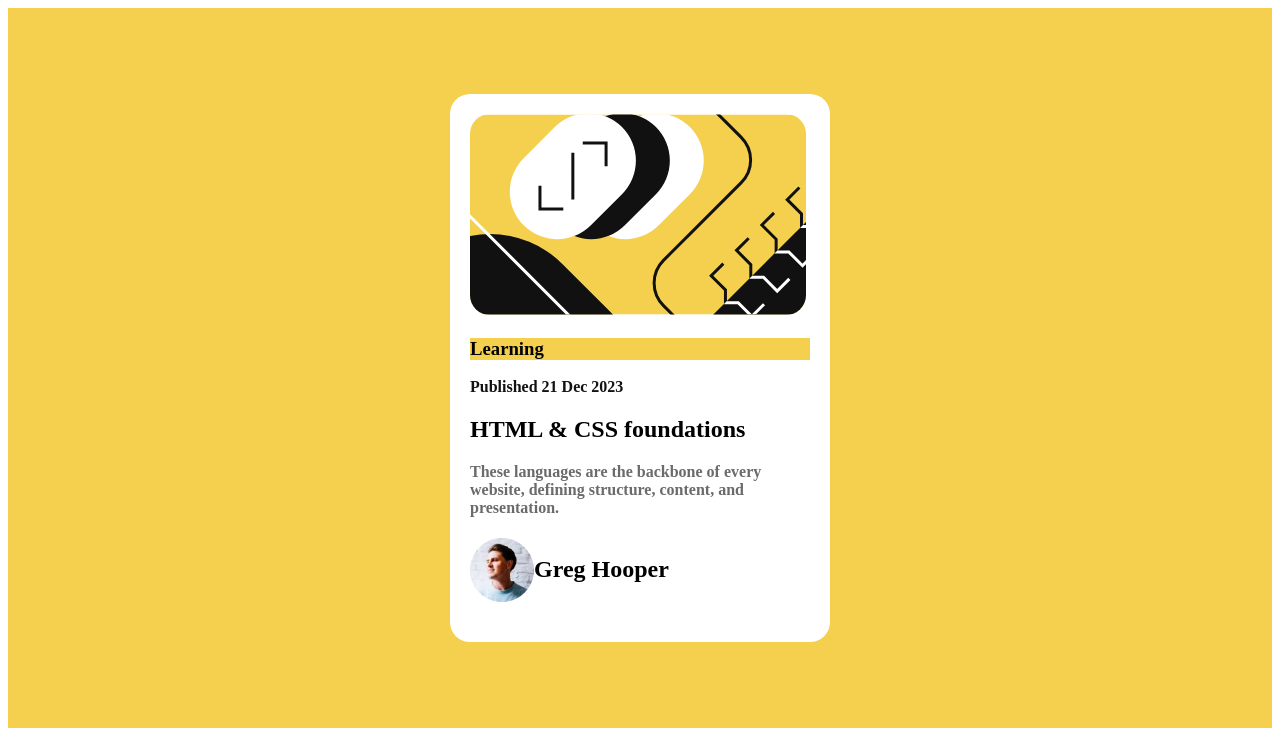
Repository: reemoon-ctrl/blog-preview-card
Page: index.html
An editor plug-in stored every save of this project. The page is shown before and after a run of saves, followed by the edit.
The browser window is 1280 px wide. The pictures show the whole page.

Above is the page before, as saved 2024-07-19 14:38:18.

After the next 2 saves:
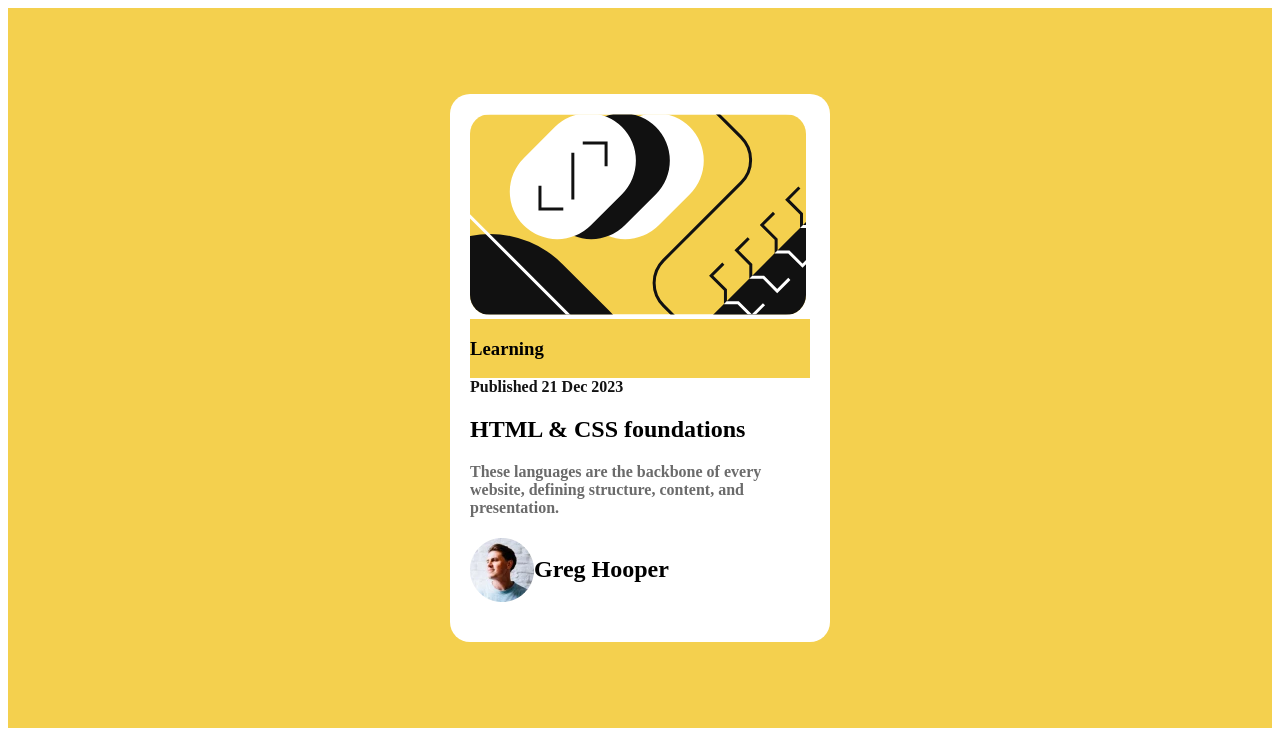
The 2 saves are shown as one change because they came seconds apart.
The last was saved 26 s later.
--- a/index.html
+++ b/index.html
@@ -10,7 +10,7 @@
         <article class="blog-card-article">
             <div class="blog-card">
                 <img class="blog-img"src="img\illustration-article.svg" alt="illustration-article" />
-                <div><h3 class="blog-category">Learning</h3></div>
+                <div class="blog-category"><h3 >Learning</h3></div>
                 <b class="blog-date">Published 21 Dec 2023</b>
                 <h1 class="blog-title">HTML & CSS foundations</h1>
                 <b class="blog-discrip">These languages are the backbone of every website, defining structure, content, and presentation.</b>

After the save that followed:
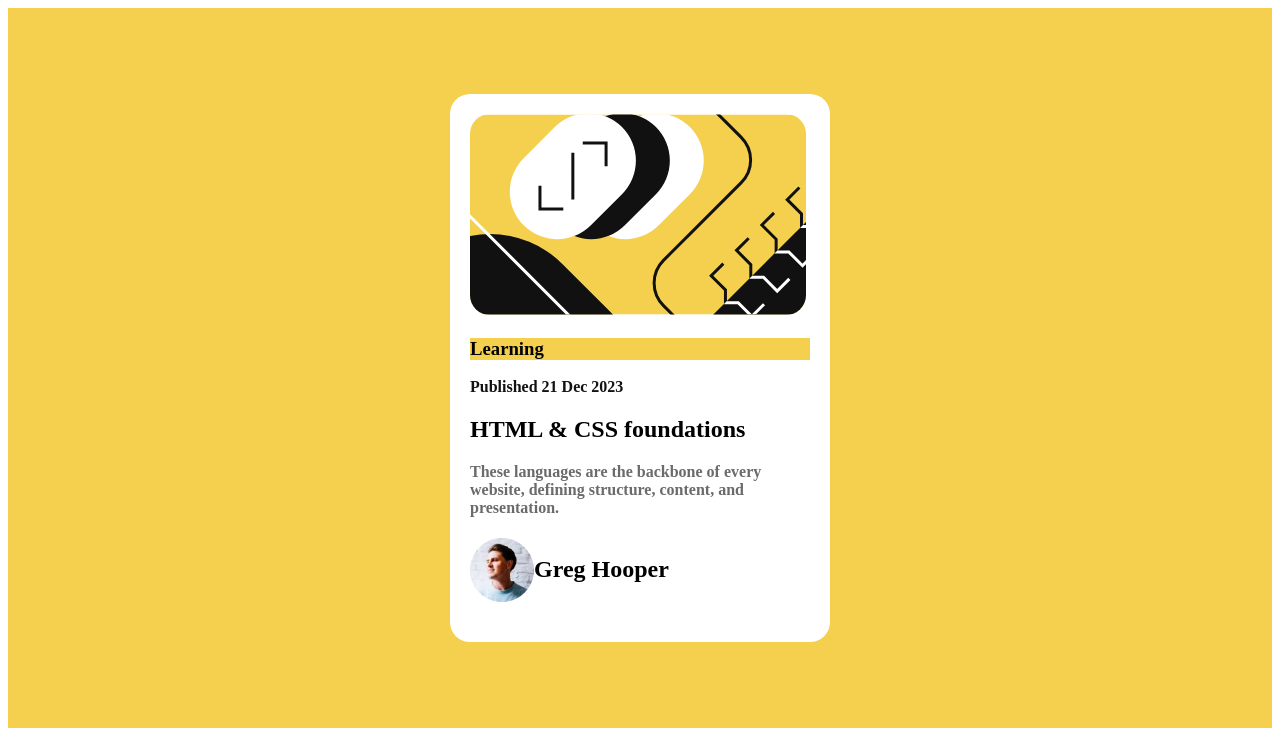
Saved 68 s later.
--- a/index.html
+++ b/index.html
@@ -10,7 +10,7 @@
         <article class="blog-card-article">
             <div class="blog-card">
                 <img class="blog-img"src="img\illustration-article.svg" alt="illustration-article" />
-                <div class="blog-category"><h3 >Learning</h3></div>
+                <h3 class="blog-category">Learning</h3>
                 <b class="blog-date">Published 21 Dec 2023</b>
                 <h1 class="blog-title">HTML & CSS foundations</h1>
                 <b class="blog-discrip">These languages are the backbone of every website, defining structure, content, and presentation.</b>
